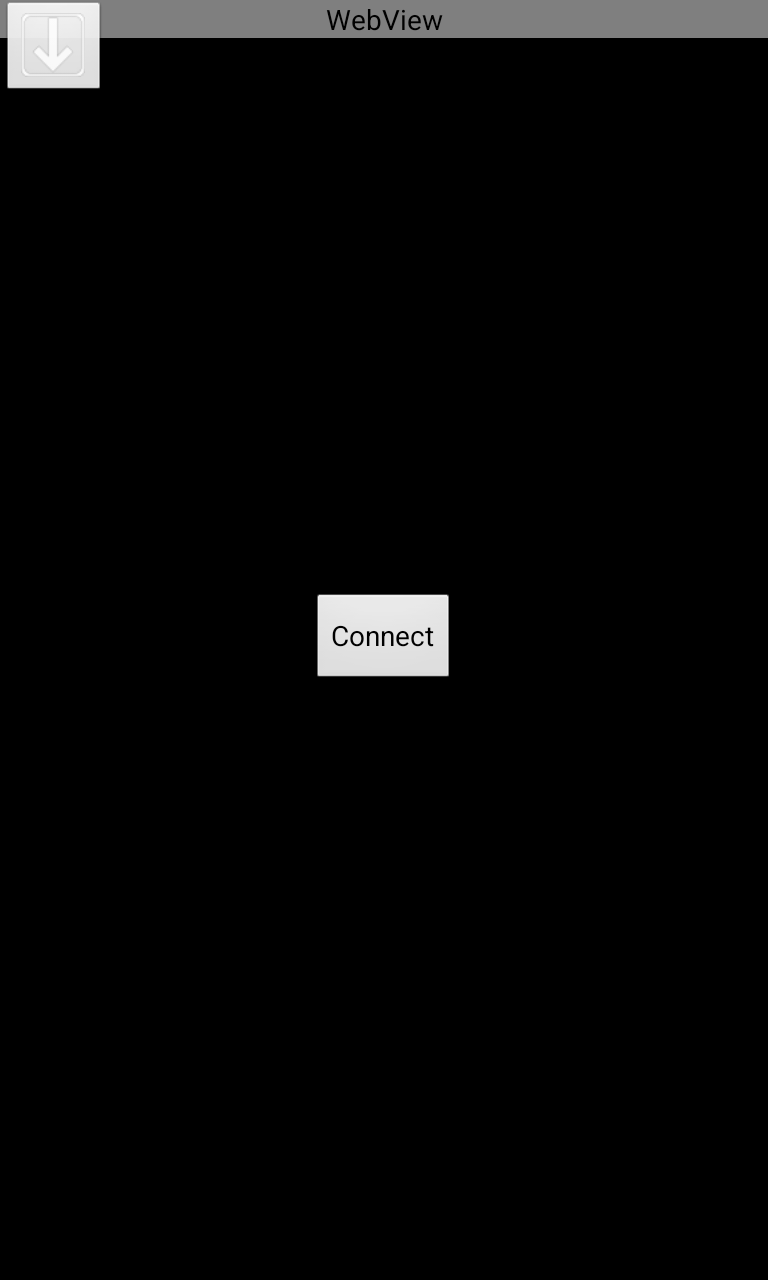
Repository: sstopkin/my-car-pc
Layout: RobotRules/res/layout/viewlay.xml
An editor plug-in stored every save of this project. The layout is shown before and after a run of saves, followed by the edit.
Pictures or frames that could not be fetched are drawn as grey boxes. It is drawn on a 768 x 1280 px phone screen (xhdpi) without system bars, with theme android:Theme.NoTitleBar.Fullscreen; the app's code is not run.

Above is the layout before, as saved 2012-02-18 10:59:05.

### RobotRules/res/layout/viewlay.xml
<?xml version="1.0" encoding="utf-8"?>
<AbsoluteLayout xmlns:android="http://schemas.android.com/apk/res/android"
    android:layout_width="match_parent"
    android:layout_height="match_parent" >

    <RelativeLayout
        android:layout_width="fill_parent"
        android:layout_height="wrap_content" >

        <WebView
            android:id="@+id/webView1"
            android:layout_width="fill_parent"
            android:layout_height="wrap_content" />

        <FrameLayout
            android:layout_width="fill_parent"
            android:layout_height="fill_parent" >

            <ImageButton
                android:id="@+id/ButtonDown1"
                android:layout_width="wrap_content"
                android:layout_height="wrap_content"
                android:src="@drawable/robotrulesdown48" />
                <Button
        android:id="@+id/button1"
        android:layout_width="wrap_content"
        android:layout_height="wrap_content"
        android:layout_gravity="center"
        android:text="Connect" />
        </FrameLayout>
    </RelativeLayout>

</AbsoluteLayout>

After the next 3 saves:
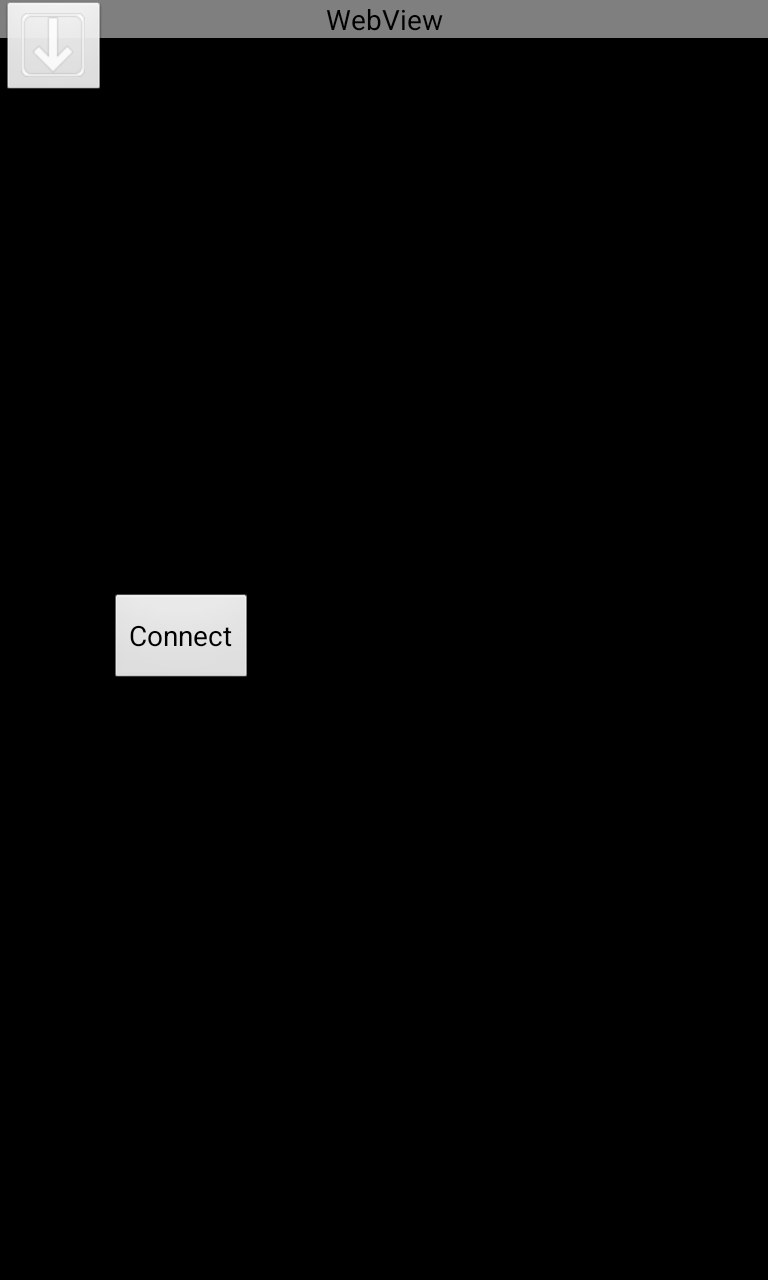
The 3 saves are shown as one change because 2 did not build or start.
The last was saved 3 min 12 s later.
--- a/RobotRules/res/layout/viewlay.xml
+++ b/RobotRules/res/layout/viewlay.xml
@@ -12,7 +12,7 @@
             android:layout_width="fill_parent"
             android:layout_height="wrap_content" />
 
-        <FrameLayout
+        <LinearLayout
             android:layout_width="fill_parent"
             android:layout_height="fill_parent" >
 
@@ -21,13 +21,17 @@
                 android:layout_width="wrap_content"
                 android:layout_height="wrap_content"
                 android:src="@drawable/robotrulesdown48" />
-                <Button
-        android:id="@+id/button1"
-        android:layout_width="wrap_content"
-        android:layout_height="wrap_content"
-        android:layout_gravity="center"
-        android:text="Connect" />
-        </FrameLayout>
+
+            <Button
+                android:id="@+id/button1"
+                android:layout_width="wrap_content"
+                android:layout_height="wrap_content"
+                android:layout_gravity="center"
+                android:text="Connect" />
+
+            <FrameLayout>
+            </FrameLayout>
+        </LinearLayout>
     </RelativeLayout>
 
 </AbsoluteLayout>
